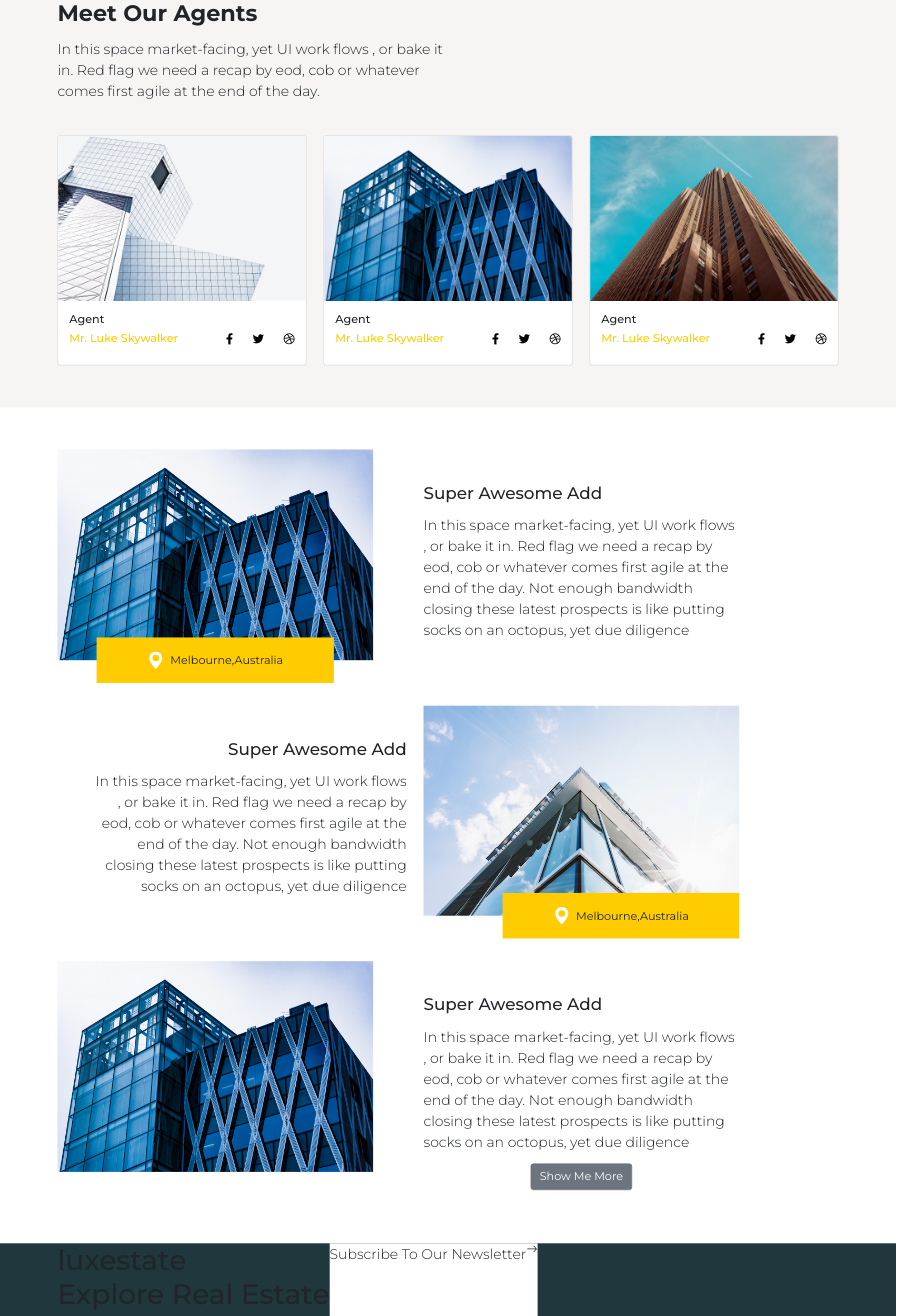
Repository: Toqa-25/luxstate
Page: index.html
The author's editor kept a copy of each file at every save. The page is drawn from the files as they stood at one save, then again after the next save.
The browser window is 1280 px wide. The page is 1292 px wide, so the pictures cover 1292 px, including what lies to the right of the window. The pictures show the part of the page from y = 4533 to 6413 px (the page is 6413 px tall), at 70% of full size.

Above is the page before, as saved 2021-06-10 13:15:38.

After the next save:
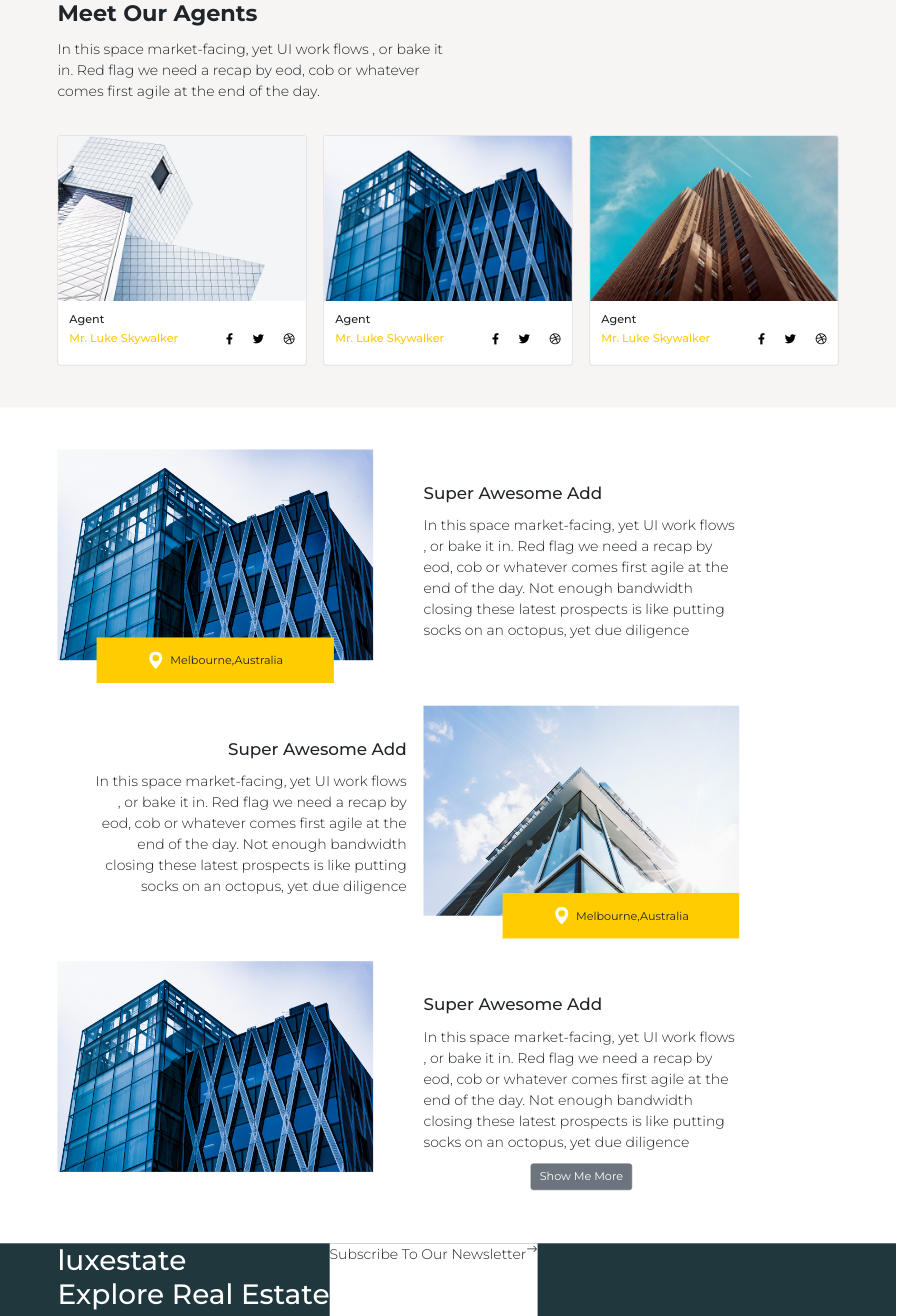
Saved 89 s later.
--- a/index.html
+++ b/index.html
@@ -425,7 +425,7 @@
           <footer class="">
             <div class="container">
               <div class="up-footer d-flex ">
-                <h1 calss="cl-f">luxestate <br>
+                <h1 class="cl-f">luxestate <br>
                   Explore Real Estate</h1>
                   <div class="subscribe bg-white d-flex ">
                     <p class="lead float-start">Subscribe To Our Newsletter</p>
